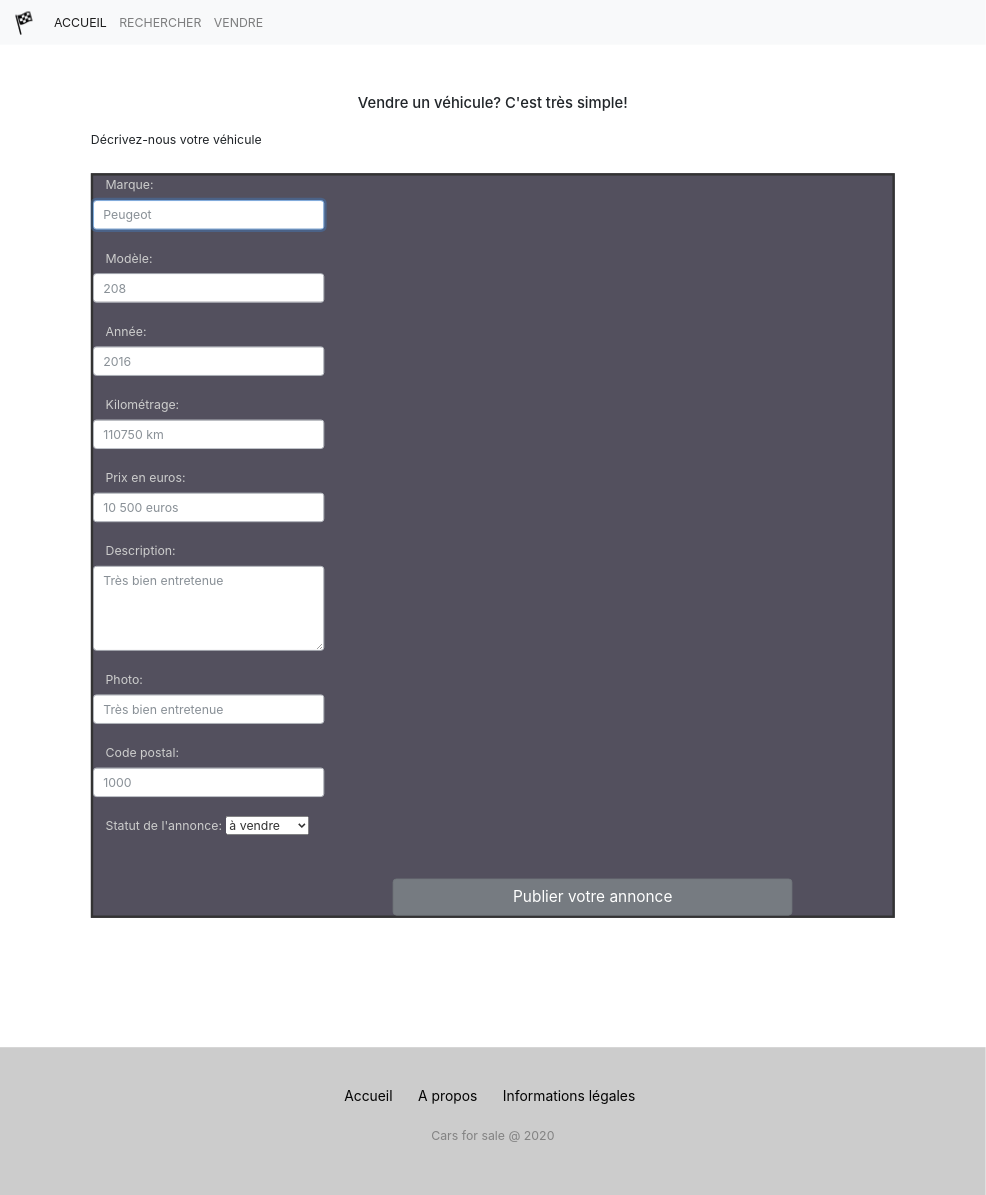
Repository: JonasvanHoorebeke/node_project_carforsale_final
Page: http://localhost/annonce/add
The author's editor kept a copy of each file at every save. The page is drawn from the files as they stood at one save, then again after the next save.
The browser window is 1280 px wide. The pictures show the whole page, at 77% of full size.
The page is served by the project's Node server (server.js). Other server files are loaded and not shown.

Above is the page before, as saved 2020-08-26 09:51:47.

### views/annonce_add.ejs

<%- include('header.ejs') %>
<div class="container p-5">
  <h2 class="introsignup">Vendre un véhicule? C'est très simple!</h2>
  <p>Décrivez-nous votre véhicule</p>
  <form action="/annonce/save" method="post">
    <div class="infosignup">
        <label for="marque" class="nomdescases">Marque:</label>
        <input type="text" class="form-control" id="marque" placeholder="Peugeot" name="marque" required autofocus>
    </div>
    <div class="infosignup">
        <label for="modele" class="nomdescases">Modèle:</label>
        <input type="text" class="form-control" id="modele" placeholder="208" name="modele" required aria-label="modele">
    </div>
    <div class="infosignup">
        <label for="annee" class="nomdescases">Année:</label>
        <input type="number" class="form-control" id="annee" placeholder="2016" name="annee" required aria-label="annee">
    </div>
    <div class="infosignup">
        <label for="kilometrage" class="nomdescases">Kilométrage:</label>
        <input type="number" class="form-control" id="kilometrage" placeholder="110750 km" name="kilometrage" required aria-label="kilometrage">
    </div>
    <div class="infosignup">
        <label for="prix" class="nomdescases">Prix en euros:</label>
        <input type="number" class="form-control" id="pwd" placeholder="10 500 euros" name="prix" required aria-label="prix">
    </div>
    <div class="infosignup">
        <label for="description" class="nomdescases">Description:</label>
        <textarea type="textarea" cols="40" rows="4" class="form-control" id="description" placeholder="Très bien entretenue" name="description" required aria-label="description"></textarea>
    </div>
    <div class="infosignup">
        <label for="photo" class="nomdescases">Photo:</label>
        <input type="text" class="form-control" id="photo" placeholder="Très bien entretenue" name="photo" required aria-label="photo">
    </div>
    <div class="infosignup">
        <label for="codepostal" class="nomdescases">Code postal:</label>
        <input type="text" class="form-control" id="codepostal" placeholder="1000" name="codepostal" required aria-label="codepostal">
    </div>
    <!--div class="infosignup">
        <label for="idcateg" class="nomdescases">Catégorie: (1 = ancien , 2 = récent, 3 = neuf)</label>
        <input type="text" class="form-control" id="categ" placeholder="2" name="idcateg" required>
    </div-->
    <!--<div class="infosignup">
        <label for="idcateg" class="nomdescases">Catégorie   :   (1 = ancien , 2 = récent, 3 = neuf)&nbsp&nbsp&nbsp&nbsp</label>
            <select id="idcateg" name="idcateg" required>
                <option value="1">1</option>
                <option value="2">2</option>
                <option value="3">3</option>
            </select>
    </div>-->
    <div class="infosignup">
        <label for="idcategorie" class="nomdescases">Statut de l'annonce: </label>
            <select id="idcategorie" name="idcategorie" required>
                <option value="1">à vendre</option>
                <option value="2">à échanger</option>
                <option value="3">autre</option>
            </select>
    </div>
    </br>
    <div class="login">
    <button type="submit" class="btn btn-secondary btn-lg active col-md-6 offset-md-3" class="login">Publier votre annonce</button>
    </div>
</form>

</div>
</br></br></br></br></br>
<%- include('footer.ejs') %>

### views/header.ejs
<!DOCTYPE html>
<html lang="fr">

<head>
  <title>Cars for sale - Véhicules d'occasion</title>
  <meta charset="utf-8">
  <meta name="viewport" content="width=device-width, initial-scale=1.0">
  <link href="/css/style.css" rel="stylesheet" type="text/css">
  <link rel="stylesheet" href="https://maxcdn.bootstrapcdn.com/bootstrap/4.3.1/css/bootstrap.min.css">
  <script type="text/javascript" src="../scripts/scriptindex.js"></script>
  <script src="https://ajax.googleapis.com/ajax/libs/jquery/3.4.1/jquery.min.js"></script>
  <script src="https://maxcdn.bootstrapcdn.com/bootstrap/4.3.1/js/bootstrap.min.js"></script>
  <link rel="stylesheet" href="https://stackpath.bootstrapcdn.com/bootstrap/4.4.1/css/bootstrap.min.css" integrity="sha384-Vkoo8x4CGsO3+Hhxv8T/Q5PaXtkKtu6ug5TOeNV6gBiFeWPGFN9MuhOf23Q9Ifjh" crossorigin="anonymous">
    <!-- Plugin JS, jQuery Bootstrap -->
    <script src="https://code.jquery.com/jquery-3.5.1.slim.min.js" integrity="sha384-DfXdz2htPH0lsSSs5nCTpuj/zy4C+OGpamoFVy38MVBnE+IbbVYUew+OrCXaRkfj" crossorigin="anonymous"></script>
    <script src="https://cdn.jsdelivr.net/npm/popper.js@1.16.0/dist/umd/popper.min.js" integrity="sha384-Q6E9RHvbIyZFJoft+2mJbHaEWldlvI9IOYy5n3zV9zzTtmI3UksdQRVvoxMfooAo" crossorigin="anonymous"></script>
    <script src="https://stackpath.bootstrapcdn.com/bootstrap/4.5.0/js/bootstrap.min.js" integrity="sha384-OgVRvuATP1z7JjHLkuOU7Xw704+h835Lr+6QL9UvYjZE3Ipu6Tp75j7Bh/kR0JKI" crossorigin="anonymous"></script>

</head>
<body>
    <!--<nav class="navbar navbar-expand-sm navbar-light bg-light">
        <div class="container"><a class="skinfarmers" src="css/cars-for-sale-logo.png" width="30" height="30" alt="Logo de Cars for sale">></a><button data-toggle="collapse" class="navbar-toggler" data-target="#navcol-1"><span class="sr-only">Toggle navigation</span><span class="navbar-toggler-icon"></span></button>
            <div class="collapse navbar-collapse"
                id="navcol-1">
                <ul class="nav navbar-nav ml-auto">
                    <li role="presentation"><a class="navboutonergo" href="/annonce/add">Ajouter une annonce</a></li>
                    <li role="presentation"><a class="navbouton" href="#">Fonctionnement</a></li>
                    <li role="presentation"><a class="navbouton" href="/signup/now">S'inscrire</a></li>
                    <li role="presentation"><a class="navbouton" href="/profil">Profil</a></li>
                    <li role="presentation"><a class="navbouton" href="/logout">Déconnexion</a></li>
                    <li role="presentation"><a class="navbouton" href="/cart">cart</a></li>
                    <li><a href="/cart" class="cartlogo"><img src="/css/ttt.png" alt="bouton panier" style="max-width: 39px;"></a></li>
                </ul>
            </div>
        </div>
    </nav>-->

    <nav class="navbar navbar-expand-sm navbar-light bg-light">
        <a class="navbar-brand" href="/">
          <img src="css/cars-for-sale-logo.png" width="30" height="30" alt="Logo de Cars for sale">
        </a>
        <button class="navbar-toggler" type="button" data-toggle="collapse" data-target="#navbarNav" aria-controls="navbarNav" aria-expanded="false" aria-label="Toggle navigation">
          <span class="navbar-toggler-icon"></span>
        </button>
        <div class="collapse navbar-collapse" id="navbarNav">
          <ul class="navbar-nav">
            <li class="nav-item active">
              <a class="nav-link" href="/">ACCUEIL</a>
            </li>
            <li class="nav-item">
              <a class="nav-link" href="/">RECHERCHER</a>
            </li>
            <li class="nav-item">
              <a class="nav-link" href="/annonce/add">VENDRE</a>
            </li>
          </ul>
        </div>
      </nav>

### views/footer.ejs
<!DOCTYPE html>
<html lang="fr">
<head>
  <title></title>
  <meta charset="utf-8">
  <meta name="viewport" content="width=device-width, initial-scale=1.0">
  <link rel="stylesheet" href="https://stackpath.bootstrapcdn.com/bootstrap/4.4.1/css/bootstrap.min.css" integrity="sha384-Vkoo8x4CGsO3+Hhxv8T/Q5PaXtkKtu6ug5TOeNV6gBiFeWPGFN9MuhOf23Q9Ifjh" crossorigin="anonymous">
  <link href="/css/style.css" rel="stylesheet" type="text/css">
  <link rel="stylesheet" href="https://maxcdn.bootstrapcdn.com/bootstrap/4.3.1/css/bootstrap.min.css">
</head>
<div id="page">
  <div class="footerr">
      <footer>
          <ul class="boutonfooter">
              <li class="bouton"><a href="/">Accueil</a></li>
              <li class="bouton"><a href="#">A propos</a></li>
              <li class="bouton"><a href="/infoleg">Informations légales</a></li>
          </ul>
      </br>
          <p class="copyright">Cars for sale @ 2020</p>
      </footer>
  </div>
</div>
</body>
</html>

### server.js
const path = require('path');
const express = require('express');
const ejs = require('ejs');
const bodyParser = require('body-parser');
const mysql = require('mysql');
const app = express();
const http = require('http');
const mysqlConnection = require("./connection.js");
var router = express.Router();
var session = require('express-session');
var cookieParser = require('cookie-parser');



//set views file
app.set('views',path.join(__dirname,'views'));

//set view engine
app.set('view engine', 'ejs');
app.use(bodyParser.json());
app.use(bodyParser.urlencoded({ extended: false }));
app.use(cookieParser());
app.use(session({
  secret: 'secret',
  resave: false,
  saveUninitialized: true
}))
app.use(express.static(__dirname + '/public')) //pour utiliser le css en local (fichiers statiques)



//app.use('/', routesUsers);
let routesUsers = require("./routes/routesAnnonces");
app.use('/', routesUsers);
// Server Listening
app.listen(3000, () => {
    console.log('I am feeling great on port 3000');
});

### controllers/annonceControllers.js

let mysqlConnection = require('../connection');
let Annonce = require('../models/userModels');

/* GET home page. */
exports.mainrender = function (req, res) {
  let sql = "SELECT * FROM annonce INNER JOIN categorie ON categorie.idcategorie = annonce.idcategorie";
  let query = mysqlConnection.query(sql, (err, rows) => {
      if(req.session.role === 'SuperAdmin')
      res.render('admin.ejs', {
          title : 'Annonces',
          annonce : rows
      });
      else{
      res.render('admin.ejs', {
          title :'Annonces',
          annonce : rows

      })
      }
  });
};

/* GET form for new annonce */
exports.annonceNew = function (req, res) {
  res.render('annonce_add', {
      title : "Vendre un véhicule"
  });
};

  /* POST form for new annonce */
  exports.annonceAdd = function (req, res) {
  let annonce = new Annonce(req.body.idannonce, req.body.marque, req.body.modele, req.body.annee, req.body.kilometrage, req.body.prix, req.body.description, req.body.photo, req.body.codepostal, req.body.categorie);
  console.log(annonce);
  mysqlConnection.query("INSERT INTO annonce SET?",
      annonce, function (err, results) {
          if (err) {
              res.status(400).send(error);
          } else {
              res.status(200).redirect('/');
          }
      });
  };

  /* GET update annonce */
  exports.annonceUpdate = function (req, res) {
  let annonce = new Annonce(req.body.idannonce, req.body.marque, req.body.modele, req.body.annee, req.body.kilometrage, req.body.prix, req.body.description, req.body.photo, req.body.codepostal);
  console.log(annonce);
  mysqlConnection.query("UPDATE annonce SET marque='"+req.body.marque+"', modele='"+req.body.modele+"', annee='"+req.body.annee+"' where idannonce ="+req.body.idannonce,
      [annonce, req.body.idannonce], function (err, results) {
          if (err) {
              console.log(error);
              res.status(400).send(error);
          } else {
              res.status(202).redirect('/');
          }
      })
};

  /* POST update annonce */
exports.annonceEdit = function (req, res) {
  const id = req.params.id;
  let sql = `SELECT * FROM annonce WHERE idannonce = ${id} `; // idannonce = nom clé primaire dans la bd, id est lié au server
  let query = mysqlConnection.query(sql,(err, result)=>{
      if(err) throw err;
      res.render('annonce_edit',{
          title : 'Annonce',
          user : result[0]
      });
  });
};

  /* GET delete annonce */
  exports.annonceDelete = function (req, res) {
  const id = req.params.id;
  let sql = `DELETE from annonce WHERE idannonce = ${id}`;
  let query = mysqlConnection.query(sql,(err, result)=>{
      if(err) throw err;
      res.redirect('/');
  });
};

  /* GET an annonce */
  exports.annonce = function (req, res) {
  const id = req.params.id;
  let sql = `SELECT * from annonce WHERE idannonce = ${id}`;
  let query = mysqlConnection.query(sql,(err, result)=>{
      if(err) throw err;
      res.render('annonce_page',{
          title : 'Annonce demandée',
          annonce : result[0]
      });
  });
};





/* GET home page.
router.get('/', function(req, res, next) {
    res.render('index', { title: 'Cars for Sale' });
  });

  GET test connection.
  router.get('/testconnect', function(req, res, next){
    if (db != null) {
      res.send('La connexion est établie');
    } else {
      res.send('Échec de la tentative de connexion');
    }
  });

  GET generate list of annonces
  router.get('/acheter', function(req, res, next){
    db.query('SELECT * FROM tb_annonce', function(err, rs) {
      res.render('select', {acheter: rs}); // res.render = génère un modèle de vue
    });
  });

   GET generate specific annonce
   router.get('/detail', function(req, res, next){
    db.query('SELECT FROM tb_annonce WHERE id = ?', function(err, rs) {
      res.render('detail', {detail: rs}); // res.render = génère un modèle de vue
    });
  });

   GET form for new annonce
  router.get('/form', function(req, res, next){
    res.render('form', { acheter: {} });
  });

   POST form for new annonce
  router.post('/form', function(req, res, next){
    db.query('INSERT INTO tb_annonce SET ?', req.body, function(err, rs){
      res.render('new');
    })
  })

   GET delete annonce
  router.get('/delete', function(req, res, next) {
    db.query('DELETE FROM tb_annonce WHERE id = ?', req.query.id, function(err, rs) {
      res.redirect('/acheter');
    })
  });

   GET update annonce
  router.get('/edit', function(req, res, next) {
    db.query('SELECT * FROM tb_annonce WHERE id = ?', req.query.id, function(err, rs){
      res.render('form', {acheter: rs[0]});
    })
  });

   POST update annonce
  router.post('/edit', function(req, res, next) {
    var param =  [
      req.body,       // data for query
      req.query.id    // condition for update
    ]
    db.query('UPDATE tb_annonce SET ? WHERE id = ?', param, function(err, rs) {
      res.redirect('/acheter');    // go to page select
    })
  })
  */

### connection.js
const mysql = require("mysql");

var mysqlConnection = mysql.createConnection({
    host : "localhost",
    user : "root",
    password : "root",
    database : "db_carforsale",
    multipleStatements : true
});

mysqlConnection.connect((err)=>{
    if(!err)
        {
            console.log("Database connected <3");
        }
    else
        {
            console.log("Something went wrong with the database :( ");
        }
})

module.exports = mysqlConnection;

### public/css/style.css
body
{
    background-color: grey;
}


/* Gérer la couleur des liens/boutons */

nav a:link {
    text-decoration : none;
}

nav a:hover {
    color : rgb(0, 0, 0);
}

nav a:active {
    text-decoration: none;
}

nav a:visited{
    text-decoration : none;
}

.boutonfooter {
        padding-left: 0px;
        list-style: none;
      }

.footerr {
        padding: 50px 0;
        background-color: #cbcbcb;
        color: grey; /*gère la couleur du copyright en bas*/
        text-align: center;
        opacity: 98%;
        left : 0;
        bottom : 0;
        width: 100%;
      }

.footerr ul {
        padding: 0;
        list-style: none;
        text-align: center;
        font-size: 18px;
        line-height: 1.6;
        margin-bottom: 0;
      }

.footerr li {
        padding: 0 10px;
      }



ul {
        margin-top: 0;
        margin-bottom: 1rem;
      }

.bouton {
    margin-right: .5rem;
    display: inline-block;
}

.intro {
    text-align: center;
    background-color: #b0b0b0;
    font-size: 20px;
    opacity: 80%;
    border-radius: 5px 5px 5px 5px;
    width: 75%;
    height: 10%;
    display: block;
    margin-left: auto;
    margin-right: auto;
    border-radius: 5px 5px 5px 5px;
    box-shadow: 12px 15px 20px 0px rgba(46,61,73,0.15);
}

nav {
    background-attachment: fixed;
    background-size: cover;
    opacity: 98%;
}


nav a { /*gère le logo skinfarmerz*/
    color: #d3d3d3;
}

.boutonheader {
    list-style: none;
    display : inline;
}

ul.boutonheader {
    list-style: none;
    display : inline-flex;
}


.container {
    width: 100%;
    padding-right: 15px;
    padding-left: 15px;
    margin-right: auto;
    margin-left: auto;
}
.skinfarmers {
    display: inline-block;
    padding-top: .3125rem;
    padding-bottom: .3125rem;
    margin-right: 1rem;
    font-size: 1.25rem;
    line-height: inherit;
    white-space: nowrap;
}

.navbouton {
    display: block;
    padding: .5rem 1rem;
    color: goldenrod;
}

.navboutonergo {
    display: block;
    padding: .5rem 1rem;
    color: goldenrod;
}

ul.boutonfooter a {
    color: rgb(0, 0, 0)!important;
}

form {
    margin-top: 2em;
    background-color: #cac8c2;
}


#Lesskins {
    border-radius: 10px;
    margin-bottom: 200px;
    min-height: 400px;
}

.titreadd {
    color: #282536;
}

.titreproduit {
    text-align: center;
    color: #282536;
    background-color: #241e2d;
}

.cartt {
    text-align: center;
    background-color: #282536;
}

.introcart {
    text-align: center;
    background-color: #282536;
    color: #c1c1c1;
}

.itemm {
    display: block;
    color: #c1c1c1;
    padding-top: 1rem;
}

.nomskin {
    color: goldenrod;
}


.textintroregister {
    text-transform: uppercase;
    text-align: center;
    margin-bottom: 5rem;
}

.infos {
    display: block;
}

.listtt {
    display: block;
    text-align: center;
}

#loginbox {
    text-align: center;
}

.introsignup {
    font-size: larger;
    border-top: black solid;
    border-bottom: black solid;
    text-align: center;
    padding-top: 1rem;
    padding-bottom: 1rem;
    border: 2rem;
}

#infoleg {
    font-size: smaller;
}

.pascompte {
    border-top: 1px solid#888;
    color: goldenrod;
    padding-top:15px;
    font-size:85%;
    padding-bottom: 1rem;
    text-align: right;
}

.login {
    text-align: center;
}

.infologin {
    margin-bottom: 25px;
    text-align: center;
}

.infosignup {
    margin-bottom: 25px;
    width: 300px;
}

.infosignupdescription {
    margin-bottom: 25px;
}

form {
    background-color: #282536;
    opacity: 80%;
    border: black solid;
    border-bottom: black solid;

}

.nomdescases {
    color: #c1c1c1;
    padding-left: 1rem;
}

.cases {
    display: block;
    width: 100%;
    background-color: #fff;
    border: 1px solid #ced4da;
    border-radius: .25rem;
}

.navigation1 {
    padding: .5rem 1rem;
    flex-flow: row nowrap;
    justify-content: flex-start;
}

input.cases {
    text-align: center;
}

.imgskin {
    max-width : 350px;
}

.imageskin {
    display: flex;
	justify-content: center;
	align-items: center;
}

.espacement {
	margin-right: 20px;
}

.prixjeu {
    background-color: #8296c7;
    opacity: 90%;

}

.introitempage {
        font-size: larger;
        background-color: #282536;
        opacity: 80%;
        border-top: black solid;
        border-bottom: black solid;
        color: rgb(255, 255, 255);
        text-align: center;
        padding-top: 1rem;
        padding-bottom: 1rem;
        border: 2rem;
}

.cards-annonces {
        margin: 20px;

}

.col-sm {
        text-align: center;
        color: #000;
        font-size: 14px;
}

.col-sm-7{
    border-radius: 5px 5px 5px 5px;
    box-shadow: 12px 15px 20px 0px rgba(46,61,73,0.15);
}

.bouttons-annonces {
        text-align: center;

}

.card-prix{
    padding-left: 10px ;

}
/*.navbari {
    flex-flow: row nowrap;
    justify-content: flex-start;
    position: relative;
    display: flex;
    align-items: center;
    padding: .5rem 1rem;
}

*, ::after, ::before {
    box-sizing: border-box;
}

### scripts/scriptindex.js
function Recherche() {

    var input, filter, table, tr, td, i, txtValue;
    input = document.getElementById("Larecherche");
    filter = input.value.toUpperCase();
    table = document.getElementById("Lesskins");
    tr = table.getElementsByTagName("tr");

    // Boucle qui passe toute les lignes de la liste et qui cachent ceux qui correspondent pas à la recherche
    for (i = 0; i < tr.length; i++) {
      td = tr[i].getElementsByTagName("td")[0];
      if (td) {
        txtValue = td.textContent || td.innerText;
        if (txtValue.toUpperCase().indexOf(filter) > -1) {
          tr[i].style.display = "";
        } else {
          tr[i].style.display = "none";
        }
      }
    }
  }

After the next save:
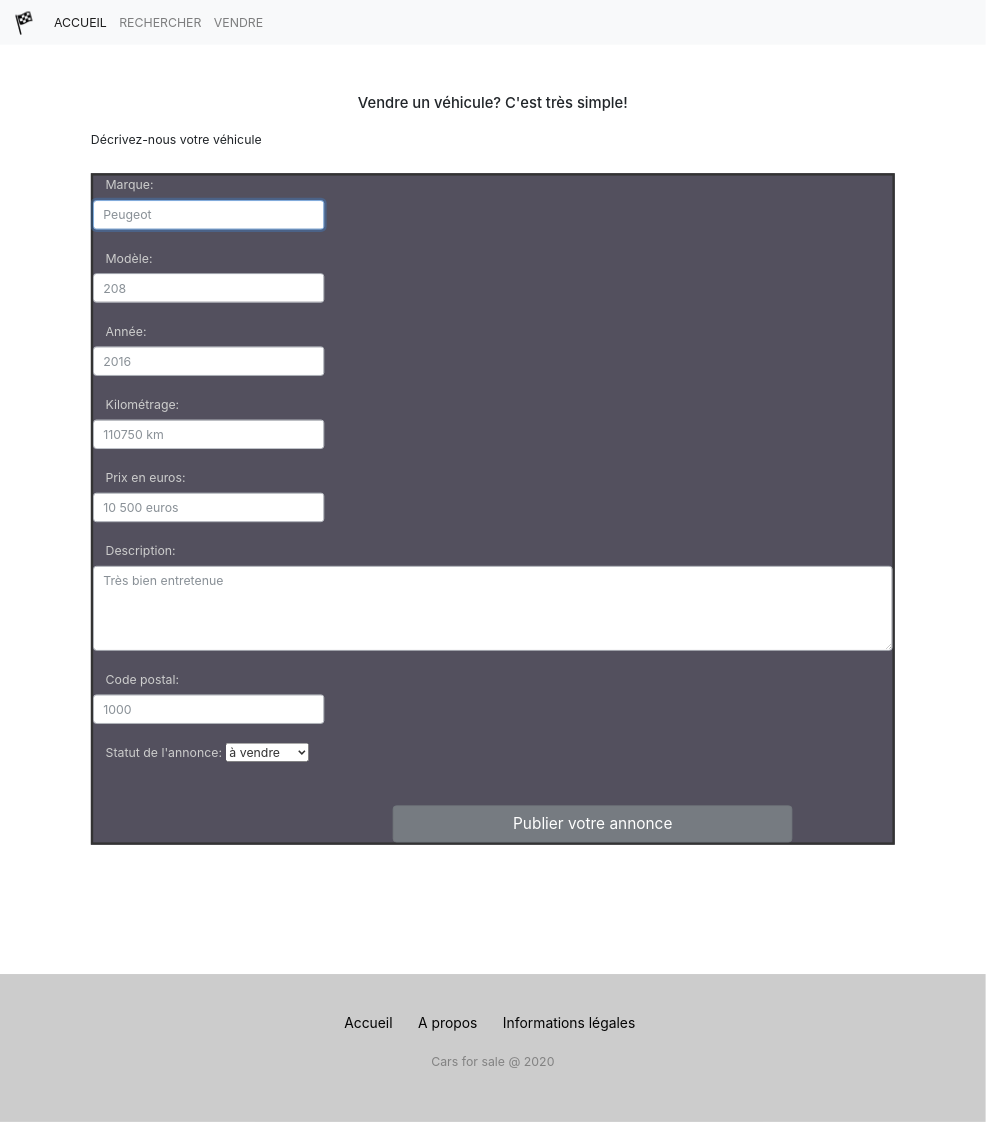
Saved 9 s later.
--- a/views/annonce_add.ejs
+++ b/views/annonce_add.ejs
@@ -24,14 +24,14 @@
         <label for="prix" class="nomdescases">Prix en euros:</label>
         <input type="number" class="form-control" id="pwd" placeholder="10 500 euros" name="prix" required aria-label="prix">
     </div>
-    <div class="infosignup">
+    <div class="infosignupdescription">
         <label for="description" class="nomdescases">Description:</label>
         <textarea type="textarea" cols="40" rows="4" class="form-control" id="description" placeholder="Très bien entretenue" name="description" required aria-label="description"></textarea>
     </div>
-    <div class="infosignup">
+    <!--<div class="infosignup">
         <label for="photo" class="nomdescases">Photo:</label>
         <input type="text" class="form-control" id="photo" placeholder="Très bien entretenue" name="photo" required aria-label="photo">
-    </div>
+    </div>-->
     <div class="infosignup">
         <label for="codepostal" class="nomdescases">Code postal:</label>
         <input type="text" class="form-control" id="codepostal" placeholder="1000" name="codepostal" required aria-label="codepostal">
